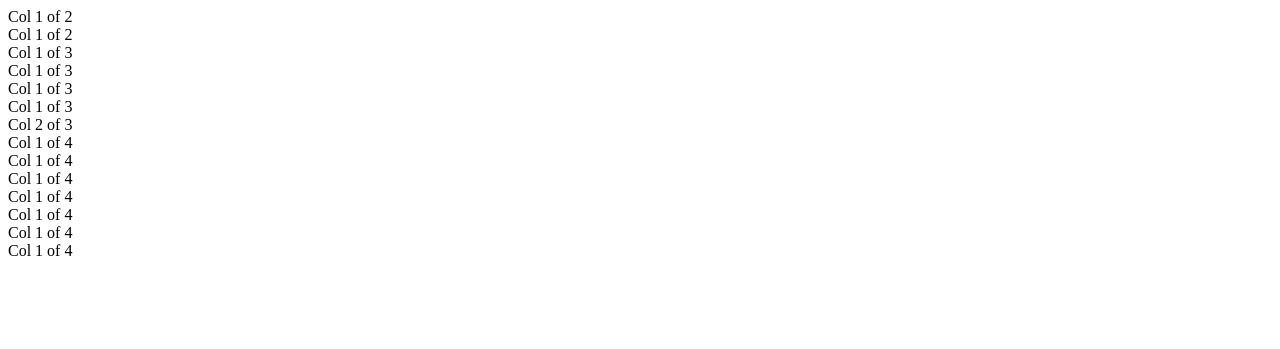
Repository: haokiet2501/grid-basic
Page: index.html
An editor plug-in stored every save of this project. The page is shown before and after a run of saves, followed by the edit.
The browser window is 1280 px wide. The pictures show the whole page.

Above is the page before, as saved 2022-08-11 17:09:47.

After the next 2 saves:
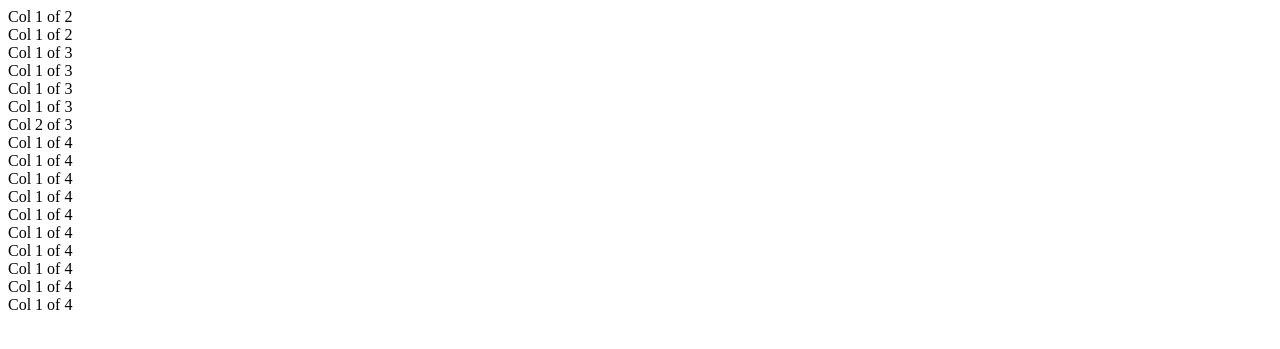
The 2 saves are shown as one change because they came seconds apart.
The last was saved 24 s later.
--- a/index.html
+++ b/index.html
@@ -66,6 +66,18 @@
             </div>
         </div>
 
+        <div class="row">
+            <div class="col-1-of-4">
+                Col 1 of 4
+            </div>
+            <div class="col-1-of-4">
+                Col 1 of 4
+            </div>
+            <div class="col-2-of-4">
+                Col 1 of 4
+            </div>
+        </div>
+
     </section>
 </body>
 </html>
